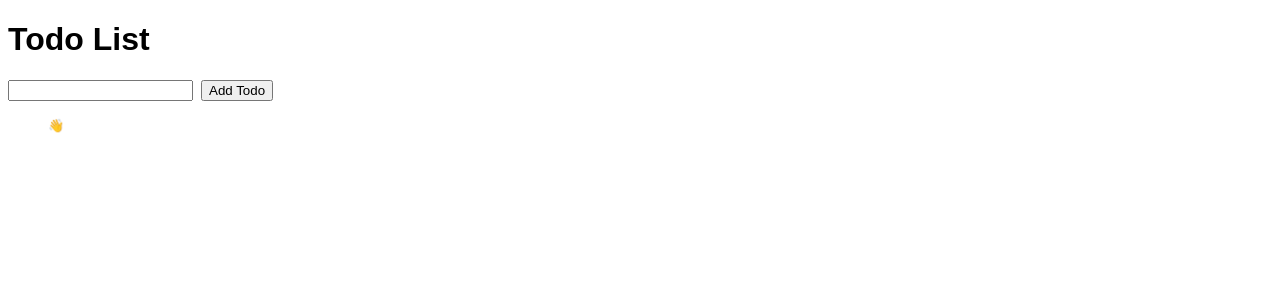
Repository: PepperHxH/react-redux-demo
Page: /, after clicking the first element matching `button.add-todo`
An editor plug-in stored every save of this project. The page is shown before and after the next save, followed by the edit.
The browser window is 1280 px wide. The pictures show the whole page.
The project was rebuilt for these pictures with package versions that can differ from the ones it lists, and the page was loaded fresh each time.

Above is the page before, as saved 2020-08-04 18:30:18.

### src/index.js
import React from 'react';
import ReactDOM from 'react-dom';
import { Provider } from 'react-redux';
import store from './redux/store';
import TodoApp from './TodoApp';

ReactDOM.render(
  <Provider store={store}>
    <TodoApp />
  </Provider>,
  document.getElementById('root')
);

### src/TodoApp.js
import React from 'react';
import AddTodo from './components/AddTodo';
import TodoList from './components/TodoList';
import VisibilityFilters from './components/VisibilityFilters';
import './styles.css';

function TodoApp() {
  return (
    <div className="todo-app">
      <h1>Todo List</h1>
      <AddTodo />
      <TodoList />
      <VisibilityFilters />
    </div>
  );
}

export default TodoApp;

### src/redux/reducers/index.js
import { combineReducers } from "redux";
import todos from './todos';

export default combineReducers({ todos });

### src/components/AddTodo.js
import React from 'react';
import { connect } from 'react-redux';
import { addTodo } from '../redux/actions';

class AddTodo extends React.Component {
    constructor(props) {
        super(props);
        this.state = {
            input: ''
        };
    }

    updateInput = input => {
        this.setState({ input });
    }

    handleAddTodo = () => {
        this.props.addTodo(this.state.input);
        this.setState({ input: "" });
    }

    render() {
        return (
            <div>
                <input
                    onChange={e => this.updateInput(e.target.value)}
                    value={this.state.input}
                />
                <button className="add-todo" onClick={this.handleAddTodo}>
                    Add Todo
                </button>
            </div>
        );
    }
}

export default connect(
    null,
    { addTodo }
)(AddTodo);

### src/components/TodoList.js
import React from 'react';
import { connect } from 'react-redux';
import Todo from './Todo';
import { getTodosByVisibilityFilter } from "../redux/selectors";

const TodoList = ({ todos }) => (
    <ul className='todo-list'>
        {todos && todos.length
         ? todos.map((todo) => {
            return <Todo key={`todo-${todo.id}`} todo={todo} />
           })
         : "No todos, yeah!"
        }
    </ul>
);

const mapStateToProps = state => {
    const { visibilityFilter } = state;
    const todos = getTodosByVisibilityFilter(state, visibilityFilter);
    return { todos };
}

export default connect(mapStateToProps)(TodoList);

### src/components/VisibilityFilters.js
import React from "react";
import cx from "classnames";
import { connect } from "react-redux";
import { setFilter } from "../redux/actions";
import { VISIBILITY_FILTERS } from "../constants";

const VisibilityFilters = () => {
    return (
        <div className="visibility-filters">

        </div>
    );
};

const mapStateToProps = state => {
    return { activeFilter: state.visibilityFilter };
};
  // export default VisibilityFilters;
export default connect(
    mapStateToProps,
    { setFilter }
)(VisibilityFilters);

### src/redux/reducers/todos.js
import { ADD_TODO, TOGGLE_TODO } from "./actionTypes";

const initialState = {
    allIds: [],
    byIds: {}
}

export default function(state = initialState, action) {
    switch (action.type) {
        case ADD_TODO: {
            const { id, content } = action.payload;
            return {
                ...state,
                allIds: [...state.allIds, id],
                byIds: {
                    ...state.byIds,
                    [id]: {
                        content,
                        completed: false
                    }
                }
            };
        }
        case TOGGLE_TODO: {
            const { id } = action.payload;
            return {
                ...state,
                byIds: {
                    ...state.byIds,
                    [id] : {
                        ...state.byIds[id],
                        completed: !state.byIds[id].completed
                    }
                }
            }
        }
        default:
            return state;
    }
}

### src/redux/actions.js
import { ADD_TODO, TOGGLE_TODO, SET_FILTER } from "./reducers/actionTypes";

let nextTodoId = 0;
export const addTodo = content => ({
    type: ADD_TODO,
    payload: {
        id: ++nextTodoId,
        content
    }
});

export const toggleTodo = id => ({
    type: TOGGLE_TODO,
    payload: { id }
});

export const setFilter = filter => ({type: SET_FILTER, payload: { filter }});

### src/components/Todo.js
import React from 'react';
import { connect } from 'react-redux';
import cx from 'classnames';
import { toggleTodo } from '../redux/actions';

const Todo = ({ todo, toggletodo }) => (
    <li className="todo-item" onClick={() => toggleTodo(todo.id)}>
        {todo && todo.complete ? "👌" : "👋"}
        <span
            className={cx(
                "todo-item__text",
                todo && todo.completed && "todo-item__text--completed"
            )}
        >
            {todo.content}
        </span>
    </li>
);

export default connect(
    null,
    { toggleTodo }
)(Todo);

### src/redux/selectors.js
import { VISIBILITY_FILTERS } from "../constants";

export const getTodosState = store => store.todos;

export const getTodoList = store =>
  getTodosState(store) ? getTodosState(store).allIds : [];

export const getTodoById = (store, id) =>
  getTodosState(store) ? { ...getTodosState(store).byIds[id], id } : {};

/**
 * example of a slightly more complex selector
 * select from store combining information from multiple reducers
 */
export const getTodos = store =>
  getTodoList(store).map(id => getTodoById(store, id));

export const getTodosByVisibilityFilter = (store, visibilityFilter) => {
  const allTodos = getTodos(store);
  switch (visibilityFilter) {
    case VISIBILITY_FILTERS.COMPLETED:
      return allTodos.filter(todo => todo.completed);
    case VISIBILITY_FILTERS.INCOMPLETE:
      return allTodos.filter(todo => !todo.completed);
    case VISIBILITY_FILTERS.ALL:
    default:
      return allTodos;
  }
};

### src/redux/reducers/actionTypes.js
export const ADD_TODO = "ADD_TODO";
export const TOGGLE_TODO = "TOGGLE_TODO";
export const SET_FILTER = "SET_FILTER";

Loaded but not shown: public/index.html (common file); src/redux/store.js (common file); src/styles.css (common file); src/constants.js (common file)

After the next save:
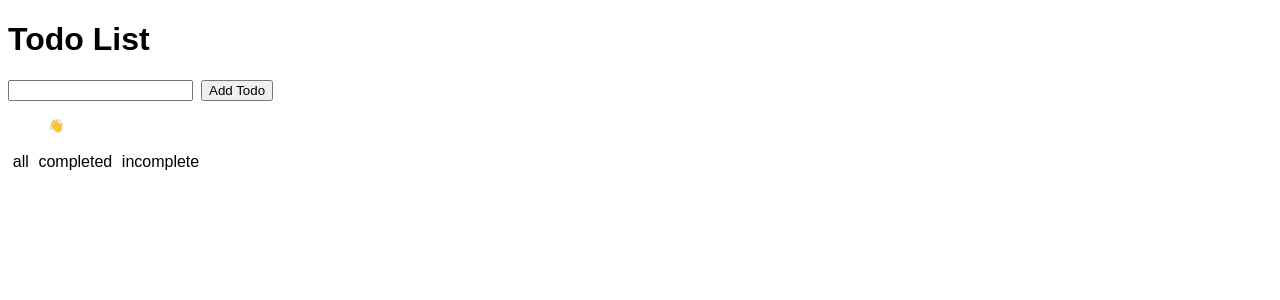
Saved 3 min 13 s later.
--- a/src/components/VisibilityFilters.js
+++ b/src/components/VisibilityFilters.js
@@ -4,10 +4,26 @@ import { connect } from "react-redux";
 import { setFilter } from "../redux/actions";
 import { VISIBILITY_FILTERS } from "../constants";
 
-const VisibilityFilters = () => {
+const VisibilityFilters = ({ activeFilter, setFilter }) => {
     return (
         <div className="visibility-filters">
-
+            {Object.keys(VISIBILITY_FILTERS).map(filterKey => {
+                const currentFilter = VISIBILITY_FILTERS[filterKey];
+                return(
+                    <span
+                        key={`visibility-filter-${currentFilter}`}
+                        className={cx(
+                        "filter",
+                        currentFilter === activeFilter && "filter--active"
+                        )}
+                        onClick={() => {
+                        setFilter(currentFilter);
+                        }}
+                  >
+                    {currentFilter}
+                  </span>
+                )
+            })}
         </div>
     );
 };
@@ -15,6 +31,7 @@ const VisibilityFilters = () => {
 const mapStateToProps = state => {
     return { activeFilter: state.visibilityFilter };
 };
+
   // export default VisibilityFilters;
 export default connect(
     mapStateToProps,
